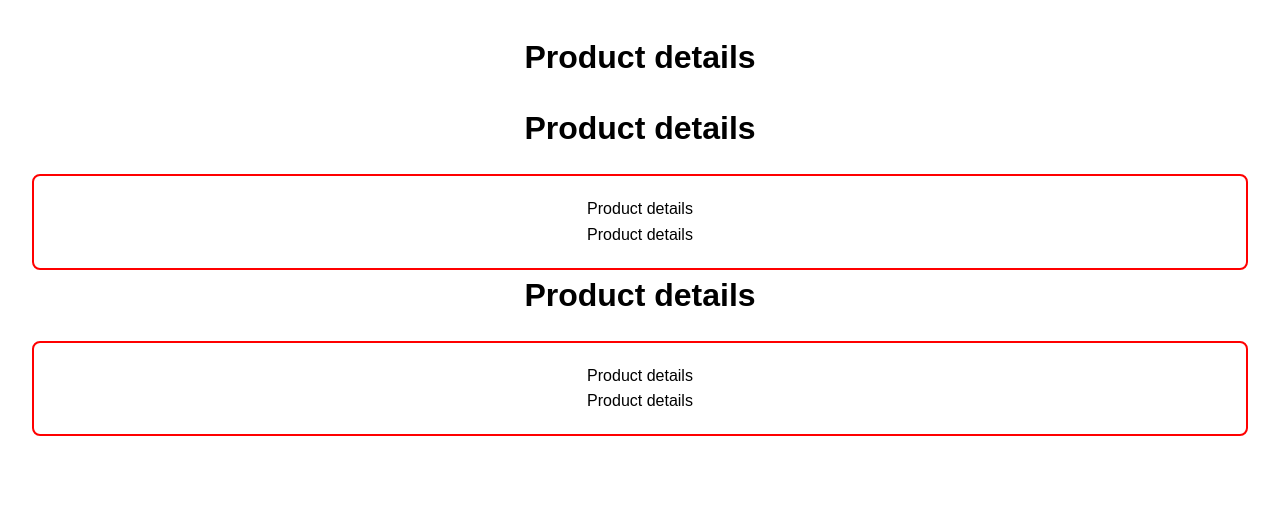
Repository: Manny1294/react-learning
Page: /
The author's editor kept a copy of each file at every save. The page is drawn from the files as they stood at one save, then again after the next save.
The browser window is 1280 px wide. The pictures show the whole page.
The project was rebuilt for these pictures with package versions that can differ from the ones it lists, and the page was loaded fresh each time. Also part of the build but not shown: vite.config.js.

Above is the page before, as saved 2026-01-26 11:15:06.

After the next save:
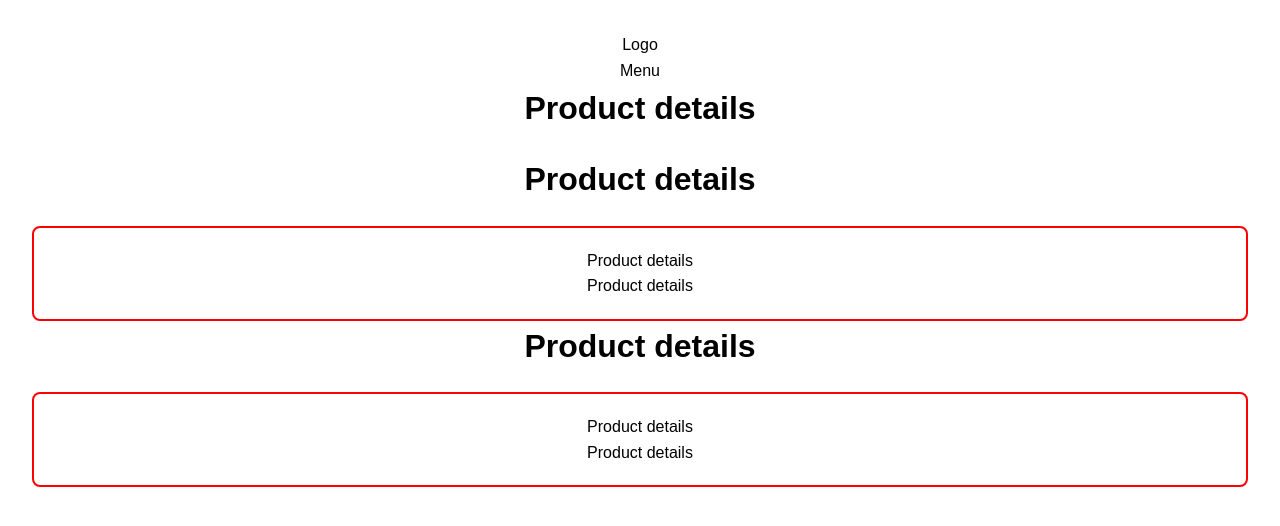
Saved 15 s later.
--- a/src/App.jsx
+++ b/src/App.jsx
@@ -18,6 +18,7 @@ export default function App() {
   };
   return (
     <div>
+      <NavBar />
       <h1 style={{ marginBottom: "20px" }}>Product details</h1>
       <ProductCard
         name={Product.name}
